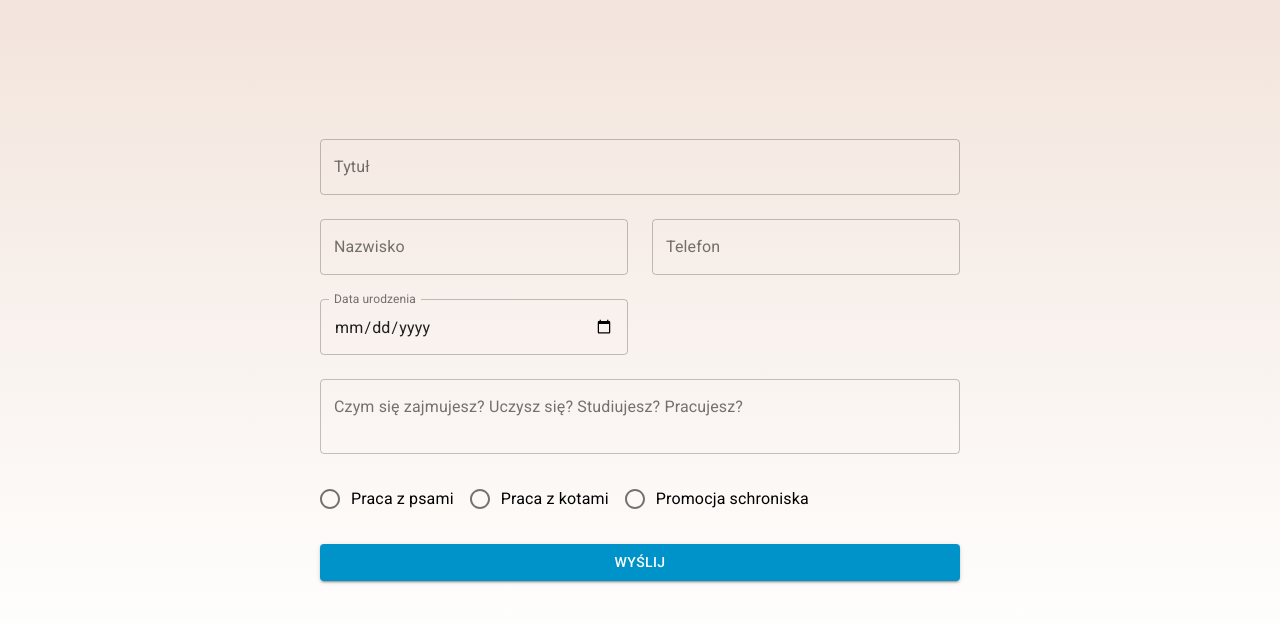
Repository: piotr-bocian/Projekt-5
Page: /
The author's editor kept a copy of each file at every save. The page is drawn from the files as they stood at one save, then again after a run of saves.
The browser window is 1280 px wide. The pictures show the whole page.
The project was rebuilt for these pictures with package versions that can differ from the ones it lists, and the page was loaded fresh each time.

Above is the page before, as saved 2021-03-22 17:55:49.

After the next 4 saves:
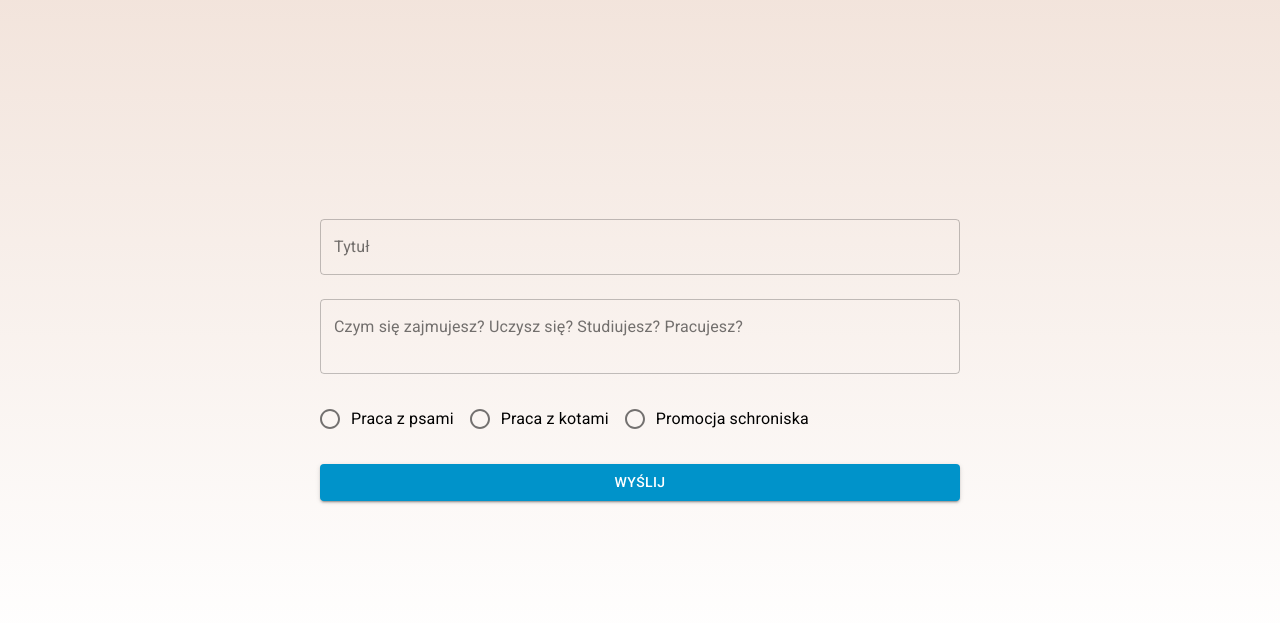
The 4 saves are shown as one change because they came seconds apart.
The last was saved 33 s later.
--- a/src/components/Organisms/AdotpionForm/AdotpionForm.js
+++ b/src/components/Organisms/AdotpionForm/AdotpionForm.js
@@ -33,37 +33,6 @@ const AdotpionForm = () => {
                         fullWidth
                     />
                 </Grid>
-                <Grid item xs={12} sm={6}>
-                    <TextField
-                        variant="outlined"
-                        label="Nazwisko"
-                        value={lastName}
-                        onChange={(e) => setLastName(e.target.value)}
-                        fullWidth
-                    />
-                </Grid>
-                <Grid item xs={12} sm={6}>
-                    <TextField
-                        variant="outlined"
-                        label="Telefon"
-                        value={mobile}
-                        onChange={(e) => setMobile(e.target.value)}
-                        fullWidth
-                    />
-                </Grid>
-                <Grid item xs={12} sm={6}>
-                    <TextField
-                        variant="outlined"
-                        label="Data urodzenia"
-                        InputLabelProps={{
-                            shrink: true,
-                        }}
-                        value={birthDate}
-                        onChange={(e) => setBirthDate(e.target.value)}
-                        type="date"
-                        fullWidth
-                    />
-                </Grid>
                 <Grid item xs={12}>
                     <TextField
                         variant="outlined"
@@ -74,7 +43,6 @@ const AdotpionForm = () => {
                         fullWidth
                     />
                 </Grid>
-
                 <Grid item xs={12}>
                     <RadioGroup row value={preferredTask} onChange={(e) => {setPreferredTask(e.target.value)}}>
                         <FormControlLabel
